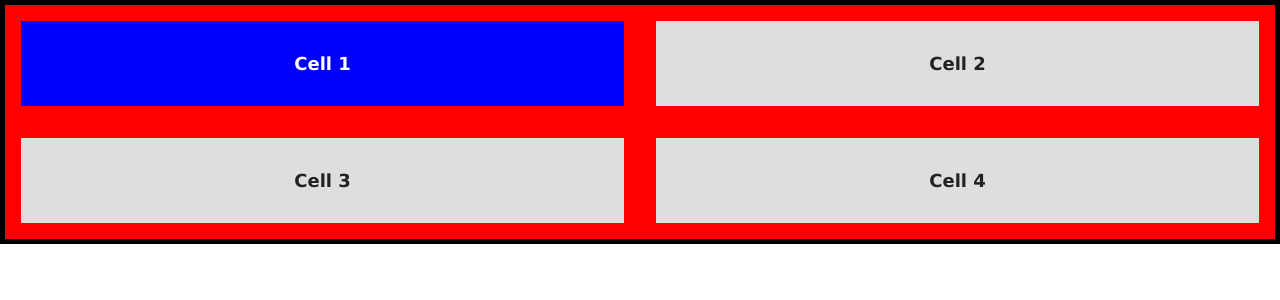
Repository: Ndifoinhilary/css_grid
Page: css-grid-learn/index.html
These files come from the project's save history. The page is drawn as it stood at one moment and after the next save; the edit follows.
The browser window is 1280 px wide. The pictures show the whole page.

Above is the page before, as saved 2024-01-24 13:44:57.

### css-grid-learn/index.html
<!DOCTYPE html>
<html lang="en">
<head>
    <meta charset="UTF-8">
    <meta name="viewport" content="width=device-width, initial-scale=1.0">
    <title>Css grid</title>
    <link rel="stylesheet" href="/css-grid-learn/main.css">
</head>
<body>
    <div class="container">
        <div class="cell class-1  ">cell 1</div>
        <div class="cell class-2">cell 2</div>
        <div class="cell class-3">cell 3</div>
        <div class="cell class-4">cell 4</div>
    </div>
</body>
</html>

### css-grid-learn/main.css
*{
    margin: 0;
    padding: 0;
    box-sizing: border-box;
}

body{
    font-family: Verdana, Geneva, Tahoma, sans-serif;
    color: #222;
}

.container{
    border: 5px solid black;
}

.cell{
    background: #dedede;
    text-transform: capitalize;
    text-align: center;
    font-weight: bold;
    padding: 2rem;
    font-size: large;
    border:1rem solid red;
}

.container{
    display: grid;
    grid-template-columns:1fr 1fr;
}


.class-1{
    color: white;
    background: blue;
}

After the next save:
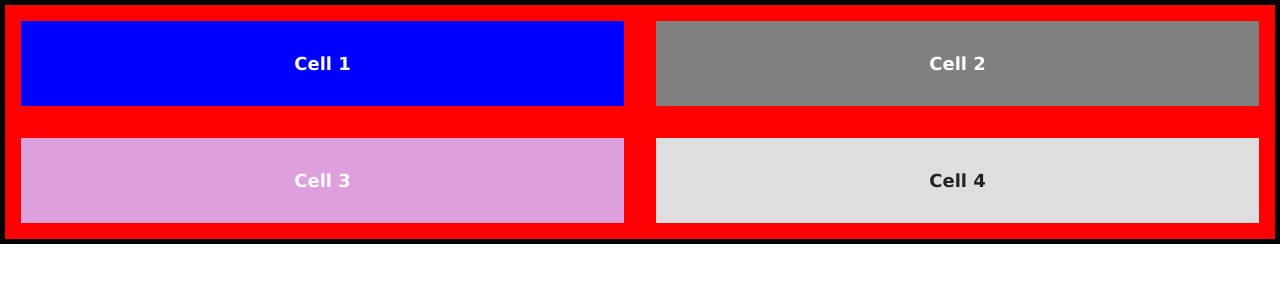
Saved 41 s later.
--- a/css-grid-learn/main.css
+++ b/css-grid-learn/main.css
@@ -33,3 +33,11 @@
     color: white;
     background: blue;
 }
+.class-2{
+    color: white;
+    background:gray;
+}
+.class-3{
+    color: white;
+    background:plum;
+}
